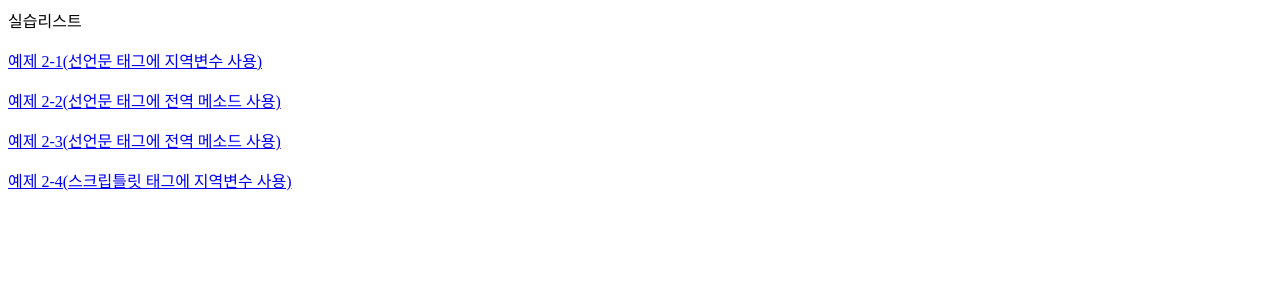
Repository: HyeongWook22/JSP
Page: http://localhost/jspbook/
An editor plug-in stored every save of this project. The page is shown before and after the next save, followed by the edit.
The browser window is 1280 px wide. The pictures show the whole page.
The page is served by Tomcat 10. Nobody is signed in. The application's start-up code is not run.

Above is the page before, as saved 2024-10-08 01:28:12.

After the next save:
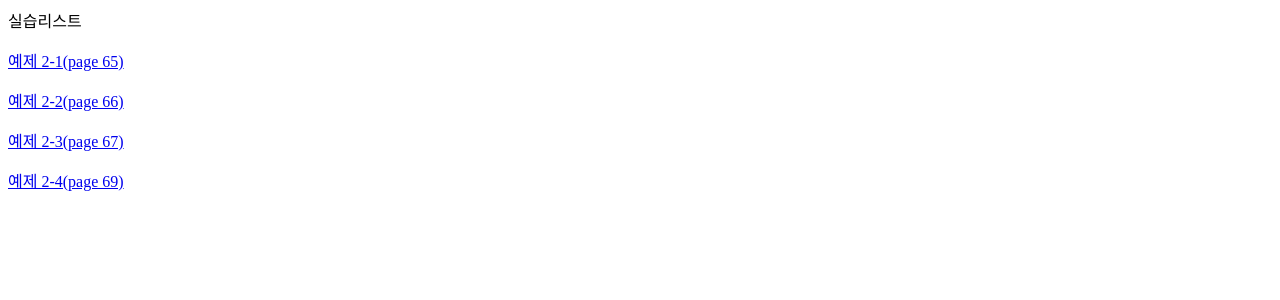
Saved 76 s later.
--- a/jspbook/src/main/webapp/index.jsp
+++ b/jspbook/src/main/webapp/index.jsp
@@ -8,9 +8,9 @@
 </head>
 <body>
 	실습리스트
-	<p><a href = "2_1">예제 2-1(선언문 태그에 지역변수 사용)</a></p>
-	<p><a href = "2_2">예제 2-2(선언문 태그에 전역 메소드 사용)</a></p>
-	<p><a href = "2_3">예제 2-3(선언문 태그에 전역 메소드 사용)</a></p>
-	<p><a href = "2_4">예제 2-4(스크립틀릿 태그에 지역변수 사용)</a></p>
+	<p><a href = "2_1">예제 2-1(page 65)</a></p>
+	<p><a href = "2_2">예제 2-2(page 66)</a></p>
+	<p><a href = "2_3">예제 2-3(page 67)</a></p>
+	<p><a href = "2_4">예제 2-4(page 69)</a></p>
 </body>
 </html>
